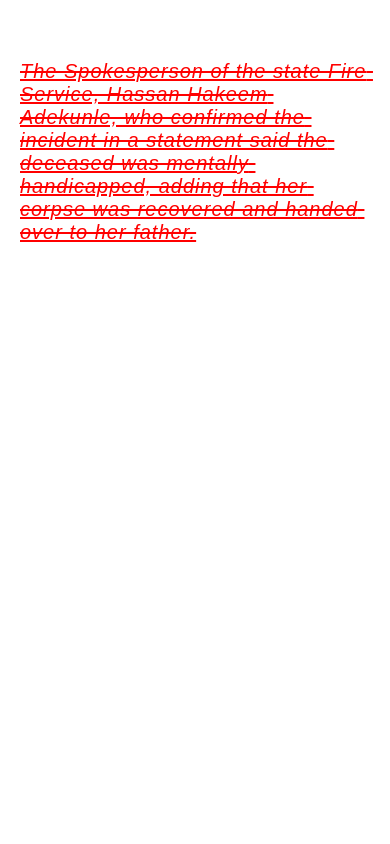
Repository: akinmiday/ReactNativeApp
Screen: /
The author's editor kept a copy of each file at every save. The screen is drawn from the files as they stood at one save, then again after the next save.
The app was drawn by React Native's web renderer in a window 390 px wide. The project was rebuilt for these pictures with package versions that can differ from the ones it lists, and the page was loaded fresh each time.

Above is the screen before, as saved 2023-08-06 16:00:04.

After the next save:
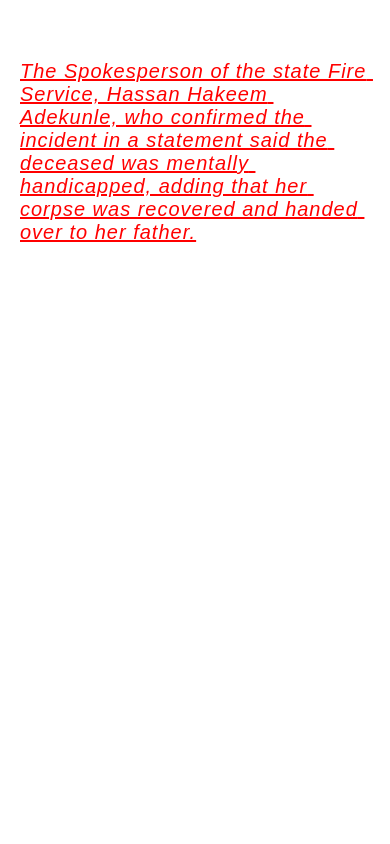
Saved 10 s later.
--- a/styles.js
+++ b/styles.js
@@ -22,7 +22,7 @@ const styles = StyleSheet.create({
     fontWeight: "normal",
     letterSpacing: 1,
     textAlign: "auto",
-    textDecorationLine: "underline line-through",
+    textDecorationLine: "underline",
   },
   button: {
     backgroundColor: "yellow",
